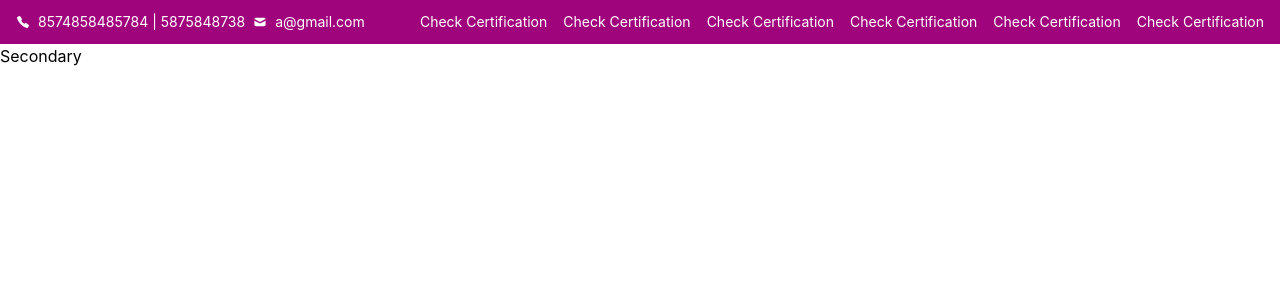
Repository: Sushant203/react-training-
Page: /
These files come from the project's save history. The page is drawn as it stood at one moment and after the next save; the edit follows.
The browser window is 1280 px wide. The pictures show the whole page.
The project was rebuilt for these pictures with package versions that can differ from the ones it lists, and the page was loaded fresh each time. Also part of the build but not shown: src/App.css, src/components/LowerNav.jsx, src/components/UpperNav.jsx.

Above is the page before, as saved 2022-12-19 09:37:09.

### src/App.js

import './App.css';
import LowerNav from './components/LowerNav';
import UpperNav from './components/UpperNav';
import Layout from './Hoc/Layout/Layout'

function App() {
  return (
    <div>
     <Layout />
    </div>
  );
}

export default App;

### src/Hoc/Layout/Layout.jsx
import React from "react";
import Toolbar from "../../components/Naviagtion/Toolbar/index";

function Layout() {
  return (
    <div>
      {/* toolbar */}
      <Toolbar />
    </div>
  );
}

export default Layout;

### src/components/Naviagtion/Toolbar/index.jsx
import React from "react";
import Header from "./header";
import Secondary from "./Secondary";

function Index() {
  return (
    <div className="h-10 bg-red-400 w-screen">
      <Header />
      <Secondary />
    </div>
  );
}

export default Index;

### src/components/Naviagtion/Toolbar/header.jsx
import React from "react";
import { IoCallSharp } from "react-icons/io5";
import { HiMail } from "react-icons/hi";
function Header() {
  const NavLinks = [
    { title: "check certificate" },
    { title: "check certificate" },
    { title: "check certificate" },
    { title: "check certificate" },
    { title: "check certificate" },
    { title: "check certificate" },
  ];
  return (
    <div className="py-3 px-4 bg-mainColor w-full flex items-center justify-between text-sm">
      {/* number and email */}
      <div className="flex gap-2  text-white">
        <div className="flex gap-2  items-center">
          <IoCallSharp />
          8574858485784 | 5875848738
        </div>
        <div className=" flex gap-2 items-center">
          <HiMail />
          a@gmail.com
        </div>
      </div>
      {/* navigation links */}
      <div className="text-white flex gap-4 ">
        {NavLinks.map((val, i) => {
          return (
            <div
              key={i}
              className="capitalize hover:scale-110 duration-200 delay-100 transition-all cursor-pointer hover:border-2 border-white"
            >
              check certification
            </div>
          );
        })}
      </div>
    </div>
  );
}

export default Header;

### src/components/Naviagtion/Toolbar/Secondary.jsx
import React from "react";

function Secondary() {
  return <div>Secondary</div>;
}

export default Secondary;

### tailwind.config.js
/** @type {import('tailwindcss').Config} */
module.exports = {
  content: [
    "./src/**/*.{js,jsx,ts,tsx}",
  ],
  theme: {
    extend: {
      colors:{
        mainColor:'#A0047D'
      }
    },
  },
  plugins: [],
}

Loaded but not shown: public/index.html (common file); src/index.js (common file); src/index.css (common file); src/reportWebVitals.js (common file)

After the next save:
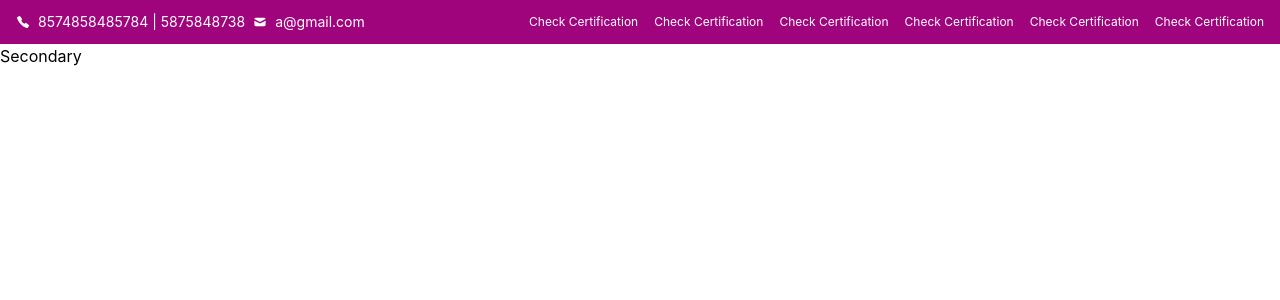
Saved 21 s later.
--- a/src/components/Naviagtion/Toolbar/header.jsx
+++ b/src/components/Naviagtion/Toolbar/header.jsx
@@ -24,7 +24,7 @@ function Header() {
         </div>
       </div>
       {/* navigation links */}
-      <div className="text-white flex gap-4 ">
+      <div className="text-white flex gap-4 text-xs ">
         {NavLinks.map((val, i) => {
           return (
             <div
